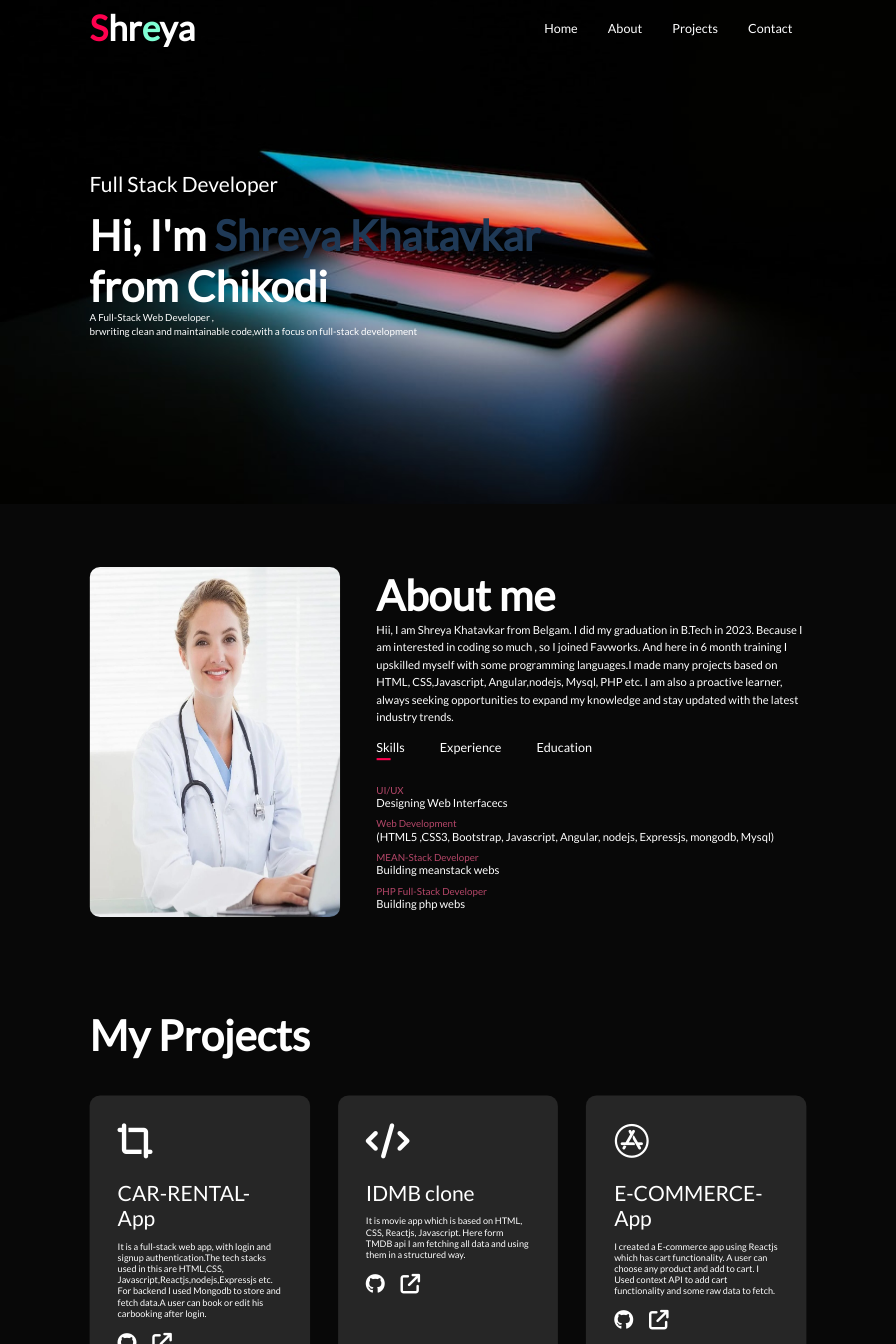
Repository: Shreya-0107/My-Portfoilo
Page: index.html
These files come from the project's save history. The page is drawn as it stood at one moment and after the next save; the edit follows.
The browser window is 1280 px wide. The pictures show the part of the page from y = 0 to 1920 px (the page is 3302 px tall), at 70% of full size.
Some web libraries are served in a nearby version.

Above is the page before, as saved 2024-05-03 13:09:21.

After the next save:
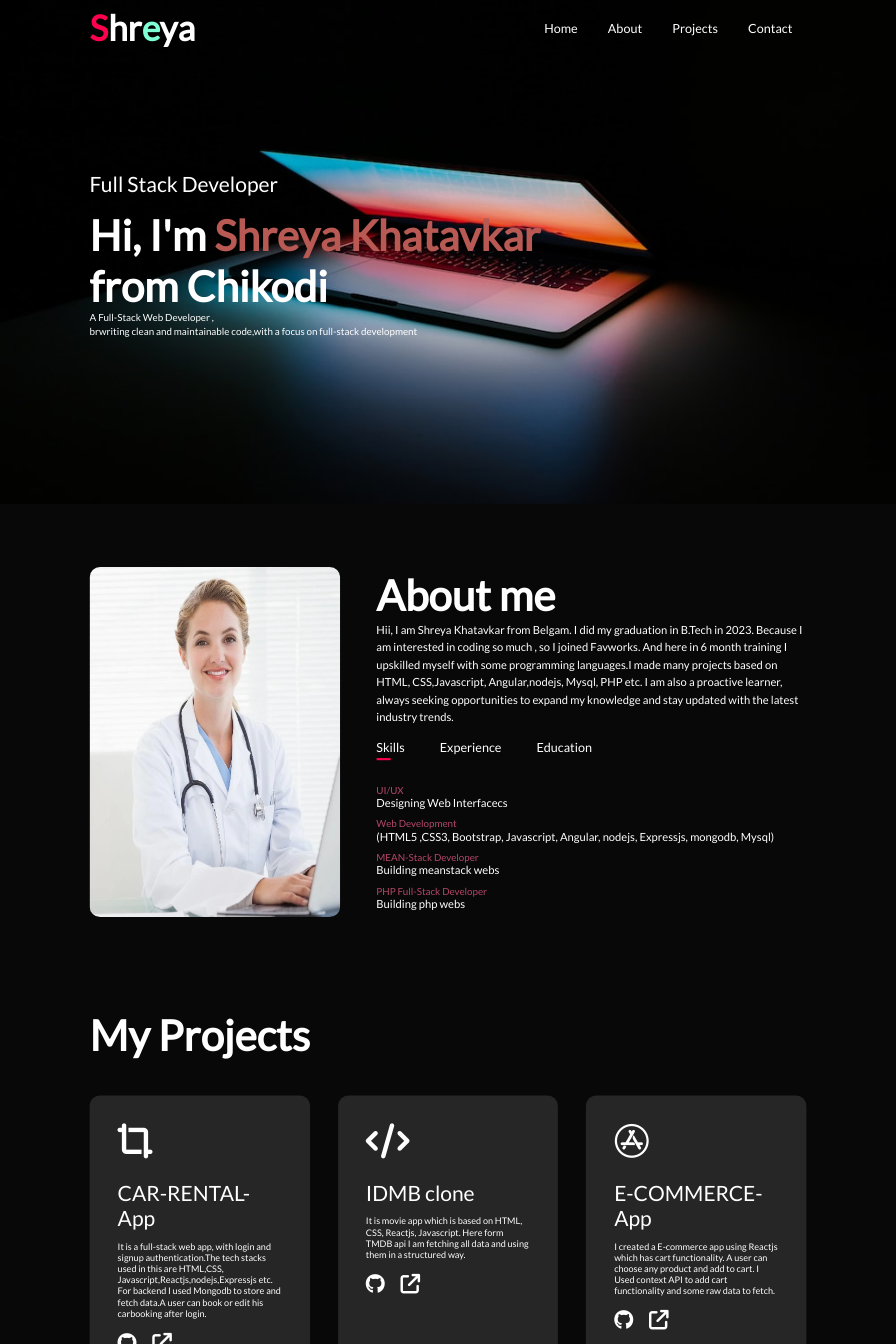
Saved 28 s later.
--- a/style.css
+++ b/style.css
@@ -67,7 +67,7 @@ nav ul li a:hover::after {
   margin-top: 20px;
 }
 .header-text h1 span {
-  color: #1F3956;
+  color: #B85954;
 }
 
 /* ---------------about-------------- */
